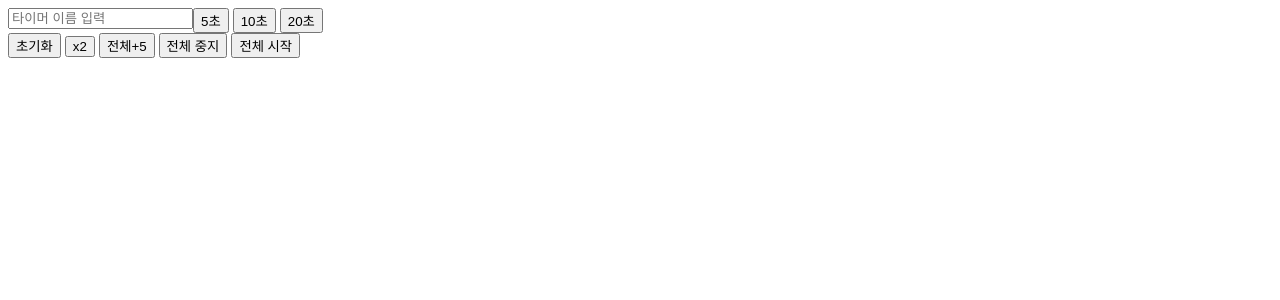
Repository: IT-magician/JS-Practice-Mission2
Page: index.html
The author's editor kept a copy of each file at every save. The page is drawn from the files as they stood at one save, then again after the next save.
The browser window is 1280 px wide. The pictures show the whole page.

Above is the page before, as saved 2023-11-15 19:06:00.

### index.html
<!DOCTYPE html>
<html lang="en">
  <head>
    <meta charset="UTF-8" />
    <meta name="viewport" content="width=device-width, initial-scale=1.0" />
    <title>Document</title>

    <style>
      .input {
        display: flex;
      }
      .summary::before {
        width: 100px;
        height: 50px;
        position: absolute;
        content: "총 " + attr(--data-total) + " 건 평균 남은시간: " +
          attr(--data-average) + "초";
      }
    </style>
  </head>
  <body>
    <div class="pung-game">
      <div class="input">
        <div class="name">
          <input type="text" name="" id="" placeholder="타이머 이름 입력" />
        </div>
        <div class="btns">
          <input type="button" value="5초" />
          <input type="button" value="10초" />
          <input type="button" value="20초" />
        </div>
      </div>
      <div class="summary" --data-total="0" --data-average="0"></div>
      <div class="control">
        <input type="button" value="초기화" />
        <input type="button" value="x2" />
        <input type="button" value="전체+5" />
        <input type="button" value="전체 중지" />
        <input type="button" value="전체 시작" />
      </div>
      <div class="display"></div>
    </div>

    <script type="module" src="./js/main.js"></script>
  </body>
</html>

### js/main.js
import { TimerManager } from "./TimerManager.js";

function viewRender(timerInfoList) {
  console.log(timerInfoList);
}

let timerManager = new TimerManager(viewRender);

timerManager.Create("타이머1", 10 * 1000);

// timerManager.multiplerIncreaseAll();
// timerManager.multiplerIncrease(1);
// timerManager.IncreaseAll();
// timerManager.Increase(1);
// timerManager.Clear();
// timerManager.Cancel(1);

### js/TimerManager.js
class TimerManager {
  #pungs = [];

  #checkInterval = 500; // 500ms

  #baseLeftTime = 0;
  #isAllStop = false;

  #uuid = 1;

  #cmp;

  #totalSum = 0;

  #ViewRenderChecker = setInterval(() => {
    // this.#viewRender(this.#pungs);
    console.log(`average : ${this.#totalSum}`);
  }, 1000);

  #viewRender;

  constructor(viewRender, cmp = (lhs, rhs) => lhs - rhs) {
    this.#viewRender = viewRender;
    this.#cmp = cmp;
  }

  #GenerateUUID() {
    return this.#uuid++;
  }

  // 버블 정렬(with stable sort) 응용
  Sort(uuid) {
    let targetIdx = this.#pungs.findIndex((item) => item.uuid === uuid);

    // console.log(`uuid : ${uuid}, targetIdx : ${targetIdx}`);
    if (targetIdx === -1) return;

    let swapIdx = -1;

    for (let i = targetIdx + 1; i < this.#pungs.length; i++)
      if (this.#cmp(this.#pungs[targetIdx], this.#pungs[i]) > 0) swapIdx = i;

    for (let i = targetIdx - 1; i >= 0; i--)
      if (this.#cmp(this.#pungs[targetIdx], this.#pungs[i]) < 0) swapIdx = i;

    if (swapIdx === -1) return;

    [this.#pungs[targetIdx], this.#pungs[swapIdx]] = [
      this.#pungs[swapIdx],
      this.#pungs[targetIdx],
    ];
  }

  TimerInfoClass = class {
    name;
    uuid;
    value;
    timer = null;
    isStop = false;

    /**
     *
     * @param {string|number} name
     * @param {number} value : 삭제되기까지 남은 시간
     * @param {string|number} uuid
     */
    constructor(name, value, uuid) {
      this.name = name;
      this.value = value;
      this.uuid = uuid;
    }

    /**
     * Array.find(condition)?.executeMethod() 연산자를 사용하고 싶어서 만든 메서드들
     */
    Multipler = (value = 2) => (this.value *= value);
    Add = (value = 5) => (this.value += value);
    Start = () => (this.isStop = false);
    Stop = () => (this.isStop = true);
    ClearCountDownTimer = () => {
      if (this.timer === false) return;
      clearInterval(this.timer);
      this.timer = null;

      return this;
    };

    /**
     * Array.find(condition)?.executeMethod() 연산자를 사용하고 싶어서 만든 메서드들 + 이후 작업 처리용
     *
     * 원본:
     * execute = (func) => {
     *   return (...args) => {
     *     func(...args);
     *   };
     * };
     *
     * 외부에서 사용 예시:
     * timeInfo = new TimerInfoClass(...)
     * timeInfo.execute((a,b) => console.log(a+b))(1,2)
     */
    execute = (func) => {
      func(this);
      return this;

      // vs(위와 아래중에 머가 의도한거니.. 뭘 의도하고 싶었던거니..?)
      // return (...args) => func(...args);
    };
  };

  #getDiff(past, current) {
    return Math.abs(past - current);
  }

  #append(name, value) {
    let uuid = this.#GenerateUUID();
    let timerInfo = new this.TimerInfoClass(name, value, uuid);

    this.#pungs.push(timerInfo);
    this.#totalSum += value;

    return timerInfo;
  }

  /// ________________________________________________________________________
  //                            외부 호출 메소드 API
  /// ________________________________________________________________________

  GetAverage() {
    if (this.#pungs.length == 0) return 0;

    return this.#totalSum / 1000 / this.#pungs.length;
  }

  Create(name, value) {
    let timerInfo = this.#append(name, value);
    const uuid = timerInfo.uuid;

    new Promise((resolve, reject) => {
      // 시간 카운트 다운 설정
      timerInfo.timer = setInterval(() => {
        if (this.#isAllStop || timerInfo.isStop) return;

        const past = timerInfo.value;
        timerInfo.value = Math.max(0, timerInfo.value - this.#checkInterval);

        console.log(past, timerInfo.value, this.#totalSum);

        this.Sort(uuid);

        if (timerInfo.value === 0) {
          timerInfo.ClearCountDownTimer();

          resolve();
        }

        this.#totalSum -= this.#getDiff(past, timerInfo.value); // down value
      }, this.#checkInterval);
    }).then((resolve, reject) => {
      // 종료 작업
      this.Cancel(uuid);
    });
  }

  Clear() {
    for (let i = this.#pungs.length - 1; i >= 0; i--)
      this.Cancel(this.#pungs[i].uuid);

    this.#pungs = [];
  }

  multiplerIncreaseAll(value = 2) {
    this.StopAll();

    this.#pungs?.forEach((item) => {
      const past = item.value;
      item.Multipler();
      this.#totalSum += this.#getDiff(past, item.value);
    });

    this.StartAll();
  }

  multiplerIncrease(uuid, value = 2) {
    this.#pungs
      .find((item) => item.uuid === uuid)
      ?.execute((instance) => {
        const past = instance.value;
        instance.Multipler(value);
        this.#totalSum += this.#getDiff(past, instance.value);
      });
  }

  StopAll() {
    this.#isAllStop = true;
  }

  Stop(uuid) {
    this.pungs.find((item) => item.uuid === uuid)?.Stop();
  }

  StartAll() {
    this.#isAllStop = false;
  }
  Start(uuid) {
    this.pungs.find((item) => item.uuid === uuid)?.Start();
  }

  IncreaseAll(value = 5) {
    this.StopAll();

    this.#pungs?.forEach((item) => {
      const past = item.value;
      item.Add();
      this.#totalSum += this.#getDiff(past, item.value);
    });

    this.StartAll();
  }

  Increase(uuid, value = 5) {
    this.#pungs
      .find((item) => item.uuid === uuid)
      ?.execute((instance) => {
        const past = instance.value;
        instance.Add(value);
        this.#totalSum += this.#getDiff(past, instance.value);
      });
  }

  Cancel(uuid) {
    console.log(this.#pungs);
    console.log(
      `Cancel - uuid : ${uuid}`,
      this.#pungs.find((item) => item.uuid === uuid)
    );
    this.#pungs
      .find((item) => item.uuid === uuid)
      ?.ClearCountDownTimer()
      // .execute(() => console.log(this.#pungs));
      .execute((instance) => {
        this.#totalSum -= instance.value;
        this.#pungs.splice(
          this.#pungs.findIndex((item) => item.uuid === uuid),
          1
        );

        // ==>  instance는 배열에만 존재하게 설계했음.
        //////  그러므로 이후에 해당 item은 GC가 처리함.
      });
    // .execute(() => alert("헬로"));
  }
}

export { TimerManager };

After the next save:
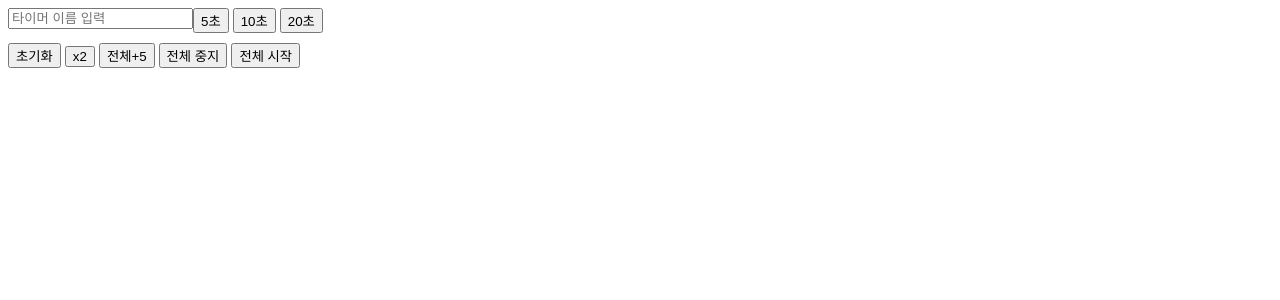
Saved 21 s later.
--- a/index.html
+++ b/index.html
@@ -8,6 +8,9 @@
     <style>
       .input {
         display: flex;
+      }
+      .summary {
+        height: 10px;
       }
       .summary::before {
         width: 100px;
